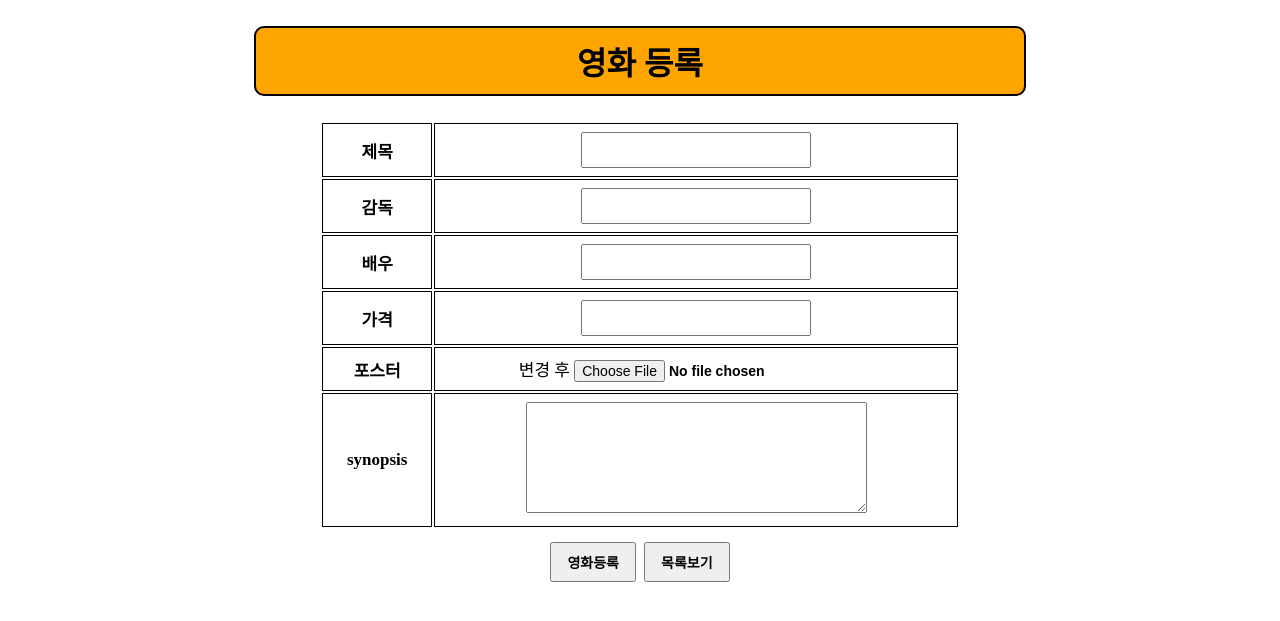
Repository: EverythingOfC/movie
Page: http://localhost/movie/movie/insert.jsp
The author's editor kept a copy of each file at every save. The page is drawn from the files as they stood at one save, then again after a run of saves.
The browser window is 1280 px wide. The pictures show the whole page.
The page is served by Tomcat 9. Nobody is signed in. The application's start-up code is not run. Other server files are loaded and not shown.

Above is the page before, as saved 2023-01-02 04:10:16.

### movie/src/main/webapp/movie/insert.jsp
<%@ page language="java" contentType="text/html; charset=UTF-8"
    pageEncoding="UTF-8"%>
<%@ taglib prefix="c" uri="http://java.sun.com/jsp/jstl/core" %>
<!DOCTYPE html>
<html>
<head>
<meta charset="UTF-8">
<title>Insert title here</title>
<link rel="stylesheet" type="text/css" href="../css/movie.css">
</head>
<body>

<div class = "title">
	<h1> 영화 등록 </h1>
</div>

<div class = "insert">

<form action="ms?command=insert" method="post" enctype="multipart/form-data">
		<!--  Http의 바디부분에 데이터를 여러 부분으로 나누어서 전송함 -->

	<input type="hidden" name="id" value="${member.id }">
	<table>
		<tr>
		<th>제목</th>
		<td><input type="text" name="title"></td>
		</tr>

		<tr>
		<th>감독</th>
		<td><input type="text" name="director"></td>
		</tr>

		<tr>
		<th>배우</th>
		<td><input type="text" name="actor"></td>
		</tr>

		<tr>
		<th>가격</th>
		<td><input type="number" name="price"></td>
		</tr>

		<tr>
		<th>포스터</th>
		<td><div>변경 후 <input type="file" name="poster" onchange="readURL(this);" style="padding:0; text-align:center;">
				  <img id="preview"/></div></td>
		</tr>


		<tr>
		<th>synopsis</th>
		<td><textarea rows="7" cols="40" name="synopsis">

		</textarea></td>
		</tr>

	</table>

	<div class="i_button">
		<input type="submit" value="영화등록">&nbsp;
		<input type="button" onclick="location.href='ms?command=list'" value="목록보기">
	</div>
	</form>
</div>
<script>
	function readURL(input) {
	  if (input.files && input.files[0]) {
	    var reader = new FileReader();
	    reader.onload = function(e) {
	      document.getElementById('preview').src = e.target.result;
	    };
	    reader.readAsDataURL(input.files[0]);
	  } else {
	    document.getElementById('preview').src = "";
	  }
	}
</script>
</body>
</html>

### movie/src/main/webapp/css/movie.css
@charset "UTF-8";

*{
	margin: 0 auto;
}

img{
	border:0;
}
a{
	text-decoration:none;
	color:black;
}
a:hover{
	font-weight:bold;
}
li{
	list-style: none;
}

.title{
	margin:2vw auto;
	text-align:center;
	border:2px solid black;
	border-radius:10px;
	background:orange;
	width:60%;
	padding:10px 0;
}
.main table{
	width:70%;
}
.main td,.main th{
	padding:10px;
	border:1px solid black;
	border-collapse: collapse;
}

.insert table td{
	text-align:center;
}
.insert table td input, .i_button input, .insert table td img{
	padding:8px 15px;
	font-weight:bold;
	font-size:14px;
}
.insert table{
	width:50%;
	font-size:17px;
}
.insert td,.insert th{
	padding:8px;
	border:1px solid black;
	border-collapse: collapse;
}
.i_button{
	margin-top:1vw;
	width:50%;
	text-align:center;
}


.login table td{
	text-align:center;
}
.login table td input, .l_button input{
	padding:11px 15px;
	font-weight:bold;
	font-size:14px;
}
.login table{
	width:50%;
	font-size:17px;
}
.login td,.login th{
	padding:8px;
	border:1px solid black;
	border-collapse: collapse;
}
.l_button{
	margin-top:2vw;
	width:50%;
	text-align:center;
}



.sign table td{
	text-align:center;
}

.sign table td label{
	display:inline-block;
	padding:8px 15px;
	font-size:14px;
 }
.sign table td input, .s_button input{
	padding:8px 15px;
	font-weight:bold;
	font-size:14px;
}
.sign table{
	width:50%;
	font-size:17px;
}
.sign td,.sign th{
	padding:8px;
	border:1px solid black;
	border-collapse: collapse;
}
.s_button{
	margin-top:2vw;
	width:50%;
	text-align:center;
}


.update table td{
	text-align:center;
}
.update table td input, .u_button input, .update table td img{
	padding:8px 15px;
	font-weight:bold;
	font-size:14px;
}
.update table{
	width:50%;
	font-size:17px;
}
.update td,.update th{
	padding:8px;
	border:1px solid black;
	border-collapse: collapse;
}
.u_button{
	margin-top:1vw;
	width:50%;
	text-align:center;
}


.view table td{
	text-align:center;
}
.view table td input, .v_button input, .view table td img{
	padding:8px 15px;
	font-weight:bold;
	font-size:14px;
}
.view table{
	width:50%;
	font-size:17px;
}
.view td,.view th{
	padding:8px;
	border:1px solid black;
	border-collapse: collapse;
}
.v_button{
	margin-top:1vw;
	width:50%;
	text-align:center;
}

After the next 2 saves:
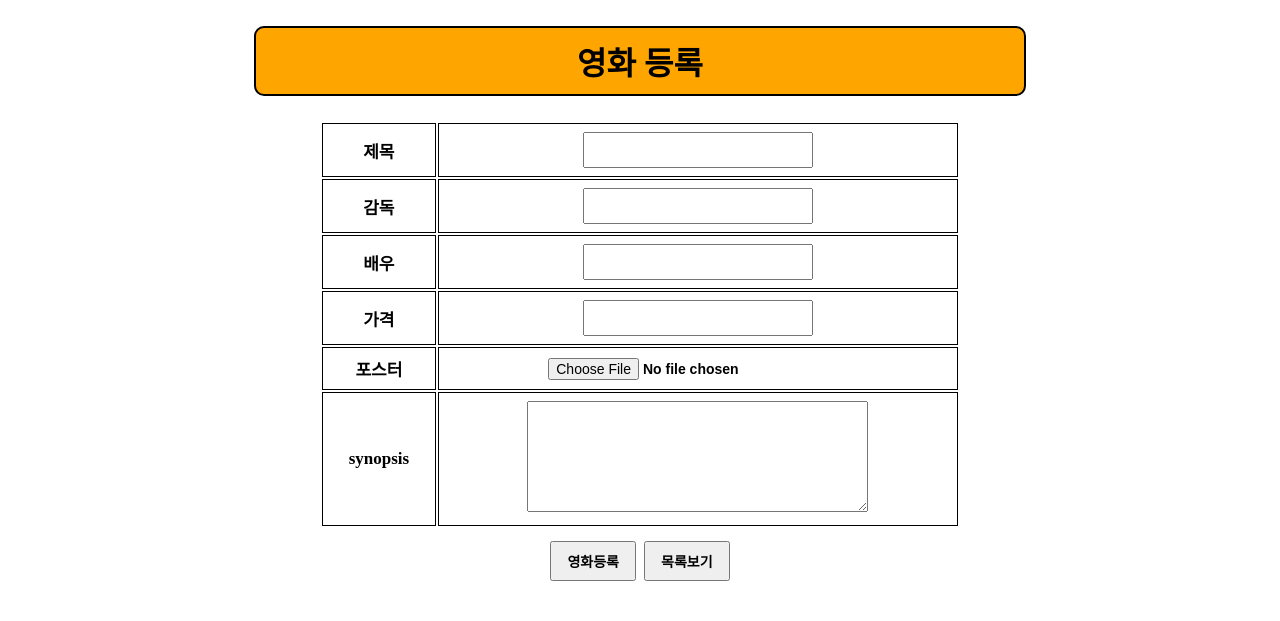
The 2 saves are shown as one change because they came seconds apart.
The last was saved 10 s later.
--- a/movie/src/main/webapp/movie/insert.jsp
+++ b/movie/src/main/webapp/movie/insert.jsp
@@ -43,8 +43,8 @@
 
 		<tr>
 		<th>포스터</th>
-		<td><div>변경 후 <input type="file" name="poster" onchange="readURL(this);" style="padding:0; text-align:center;">
-				  <img id="preview"/></div></td>
+		<td><div><input type="file" name="poster" onchange="readURL(this);" style="padding:0; text-align:center;">
+		<img id="preview"/></div></td>
 		</tr>
 
 
